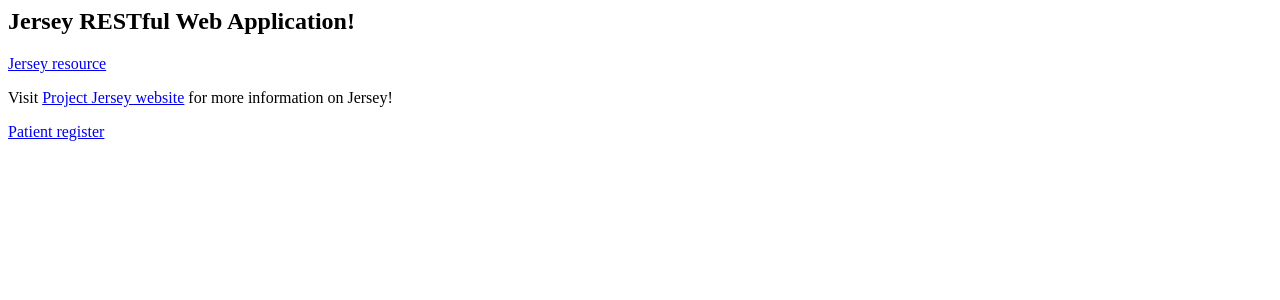
Repository: panjatulasi/SmartDoc
Page: http://localhost/smartDoc/
An editor plug-in stored every save of this project. The page is shown before and after the next save, followed by the edit.
The browser window is 1280 px wide. The pictures show the whole page.
The page is served by Tomcat 9. Other server files are loaded and not shown.

Above is the page before, as saved 2020-10-16 12:34:20.

### smartDoc/smartDoc/src/main/webapp/index.jsp
<html>
<body>
    <h2>Jersey RESTful Web Application!</h2>
    <p><a href="webapi/myresource">Jersey resource</a>
    <p>Visit <a href="http://jersey.java.net">Project Jersey website</a>
    for more information on Jersey!
    <p><a href="webapi/myresource/register">Patient register</a>
</body>
</html>

After the next save:
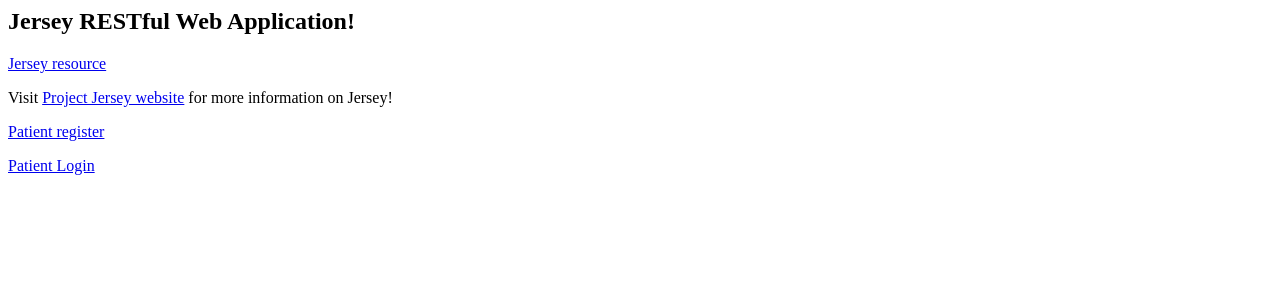
Saved 10 min 0 s later.
--- a/smartDoc/smartDoc/src/main/webapp/index.jsp
+++ b/smartDoc/smartDoc/src/main/webapp/index.jsp
@@ -5,5 +5,6 @@
     <p>Visit <a href="http://jersey.java.net">Project Jersey website</a>
     for more information on Jersey!
     <p><a href="webapi/myresource/register">Patient register</a>
+    <p><a href="webapi/myresource/getPatientByUserPass/1/123">Patient Login</a>
 </body>
 </html>
